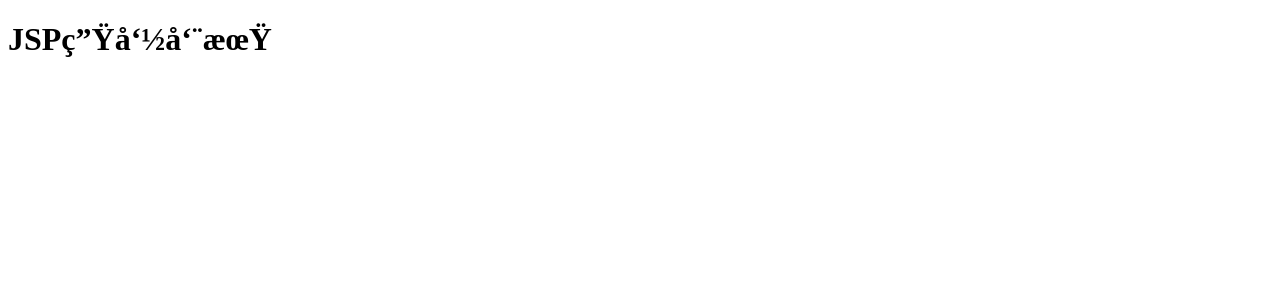
Repository: LauJoeng/JavaEE
Page: http://localhost/JspLifeCycleDemo/
These files come from the project's save history. The page is drawn as it stood at one moment and after the next save; the edit follows.
The browser window is 1280 px wide. The pictures show the whole page.
The page is served by Tomcat 9.

Above is the page before, as saved 2017-11-19 08:32:19.

After the next save:
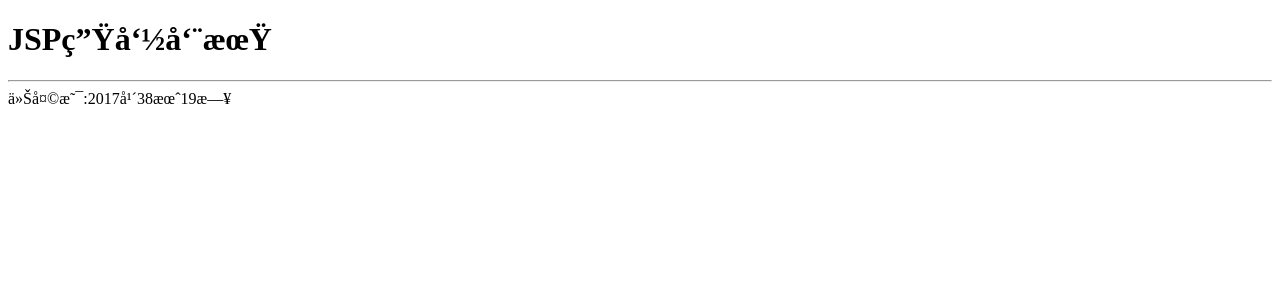
Saved 7 min 54 s later.
--- a/JspLifeCycleDemo/WebContent/index.jsp
+++ b/JspLifeCycleDemo/WebContent/index.jsp
@@ -1,5 +1,8 @@
+<%@page import="java.util.Date"%>
+<%@page import="java.text.SimpleDateFormat"%>
 <%@ page language="java" contentType="text/html; charset=ISO-8859-1"
     pageEncoding="ISO-8859-1"%>
+
 <!DOCTYPE html PUBLIC "-//W3C//DTD HTML 4.01 Transitional//EN" "http://www.w3.org/TR/html4/loose.dtd">
 <html>
 <head>
@@ -8,5 +11,12 @@
 </head>
 <body>
 	<h1>JSP生命周期</h1>
+
+	<hr>
+	<%
+		SimpleDateFormat sdf = new SimpleDateFormat("yyyy年mm月dd日");
+		String s = sdf.format(new Date());
+	%>
+	今天是:<%=s %>
 </body>
 </html>
